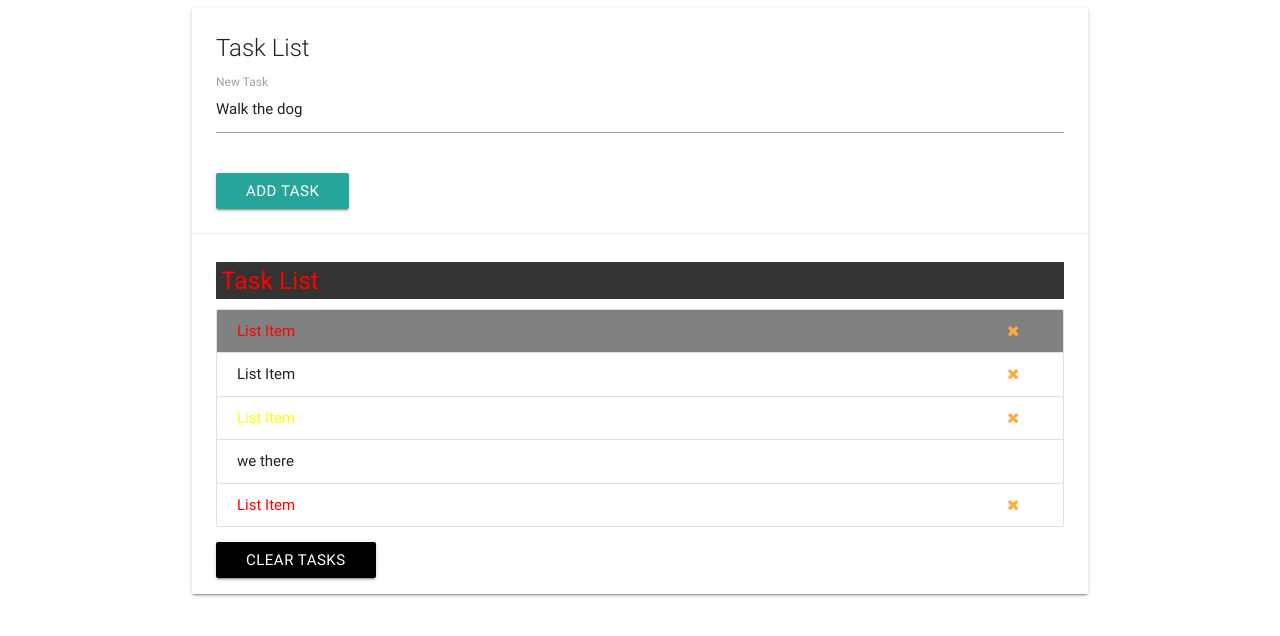
Repository: brianokanga/modern-javascript
Page: Section 3/index.html
The author's editor kept a copy of each file at every save. The page is drawn from the files as they stood at one save, then again after the next save.
The browser window is 1280 px wide. The pictures show the whole page.
Some web libraries are served in a nearby version.

Above is the page before, as saved 2020-04-03 02:25:05.

After the next save:
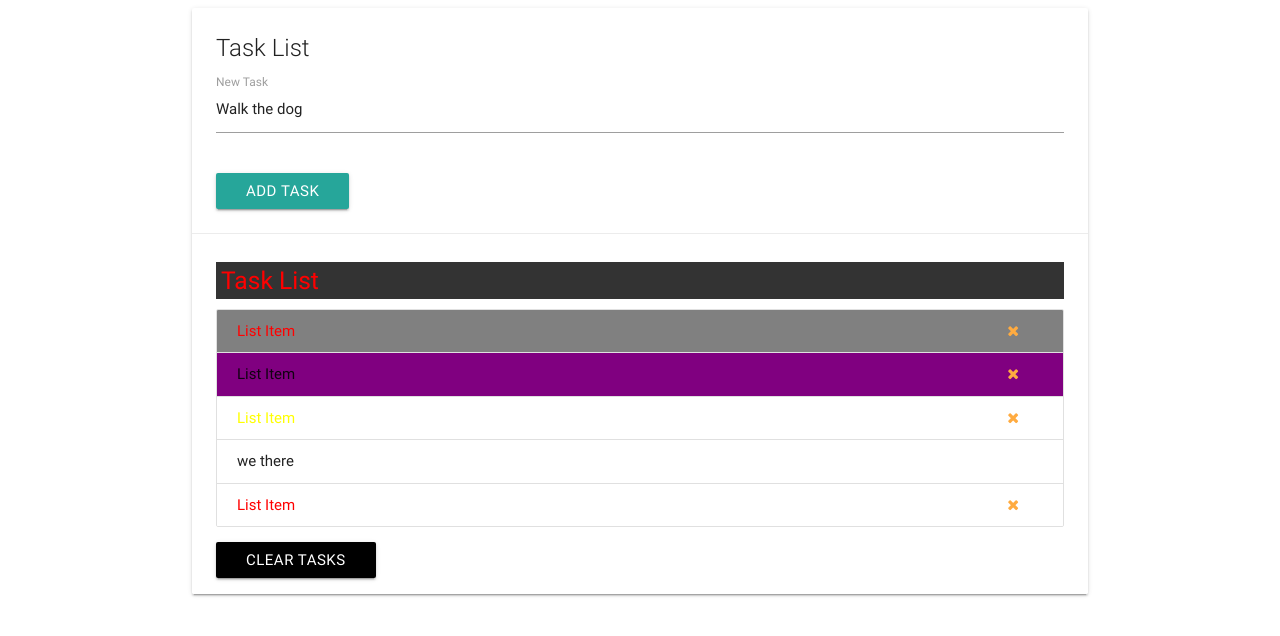
Saved 27 s later.
--- a/Section 3/app.js
+++ b/Section 3/app.js
@@ -68,3 +68,4 @@ document.querySelector('li:last-child').style.color = 'red';
 document.querySelector('li:nth-child(3)').style.color = 'yellow';
 document.querySelector('li:nth-child(4)').textContent = 'we there';
 document.querySelector('li:nth-child(odd)').style.background = 'gray';
+document.querySelector('li:nth-child(even)').style.background = 'purple';
